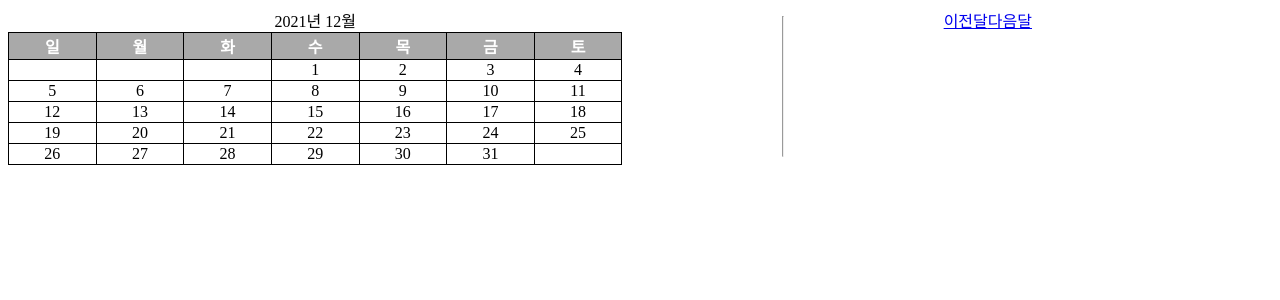
Repository: Jin0207/jsp
Page: http://localhost/day1210/calendarTest.jsp
An editor plug-in stored every save of this project. The page is shown before and after the next save, followed by the edit.
The browser window is 1280 px wide. The pictures show the whole page.
The page is served by Tomcat 9. Other server files are loaded and not shown.

Above is the page before, as saved 2021-12-10 07:13:24.

### day1210/src/main/webapp/calendarTest.jsp
<%@page import="java.util.Date"%>
<%@ page language="java" contentType="text/html; charset=EUC-KR"
    pageEncoding="EUC-KR"%>
<!DOCTYPE html>
<html>
<head>
<meta charset="EUC-KR">
<title>Insert title here</title>
<style type="text/css">
	body{
		width: 80%;
		display:flex;
		flex-wrap: nowrap;
	}
	table, td, th{
		border: 1px solid black;
		text-align: center;
	}
	table{
		border-collapse: collapse;
		width: 60%;
	}
	.title{
		background: darkgray;
		color:white;
	}
</style>
</head>
<body>
	<%
		int[] lastDate = {31,28,31,30,31,30,31,31,30,31,30,31};
		String[] days = {"일","월","화","수","목","금","토"};
		Date today = new Date();
		int year = today.getYear();
		int month = today.getMonth();

		if(request.getParameter("month")!=null){
			year = Integer.parseInt(request.getParameter("year"));
			month = Integer.parseInt(request.getParameter("month"));

			if(month == 12){
				year ++;
				month=0;
			}
			if(month==-1){
				year--;
				month=11;
			}
		}

		Date day = new Date(year,month,1);
		int firstDay = day.getDay();
	%>
	<table>
		<caption> <%=year +1900%>년 <%=month+1 %>월</caption>
		<tr class="title">
			<%
				for(String d: days){
			%>
					<th><%=d %></th>
			<%
				}
			%>
		</tr>
		<tr>
			<%
				for(int i=1; i <= firstDay; i++){
			%>
					<td>&nbsp;</td>
			<%
				}
				for(int i=1; i<= lastDate[month]; i++){
			%>
						<td><%=i %></td>
						<%
						if( (i+firstDay) % 7 ==0){
						%>
								</tr><tr>
						<%
						}
				}
			%>
		</tr>
	</table>
	<hr>
	<a href="calendarTest.jsp?year=<%=year %>&month=<%=month-1%>">이전달</a>
	<a href="calendarTest.jsp?year=<%=year %>&month=<%=month+1%>">다음달</a>
</body>
</html>

After the next save:
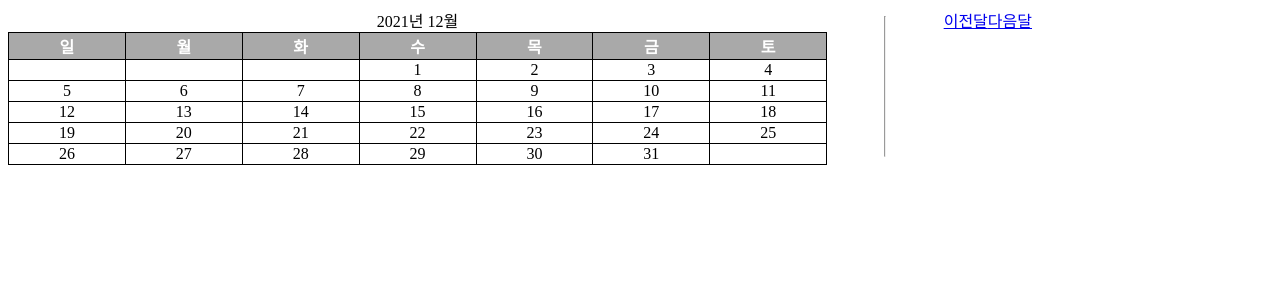
Saved 8 s later.
--- a/day1210/src/main/webapp/calendarTest.jsp
+++ b/day1210/src/main/webapp/calendarTest.jsp
@@ -18,7 +18,7 @@
 	}
 	table{
 		border-collapse: collapse;
-		width: 60%;
+		width: 80%;
 	}
 	.title{
 		background: darkgray;
